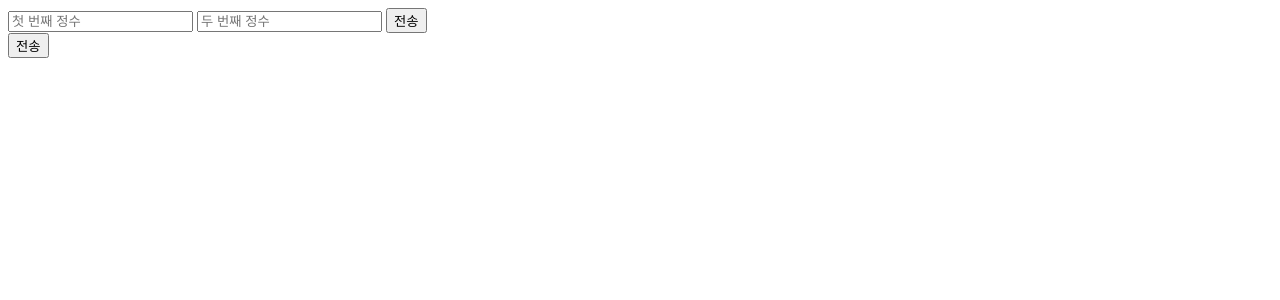
Repository: mingzzang666/study-jsp
Page: http://localhost/a-intro/ex02.jsp
An editor plug-in stored every save of this project. The page is shown before and after the next save, followed by the edit.
The browser window is 1280 px wide. The pictures show the whole page.
The page is served by Tomcat 10.

Above is the page before, as saved 2025-07-28 03:04:22.
Console error: ReferenceError: button is not defined

After the next save:
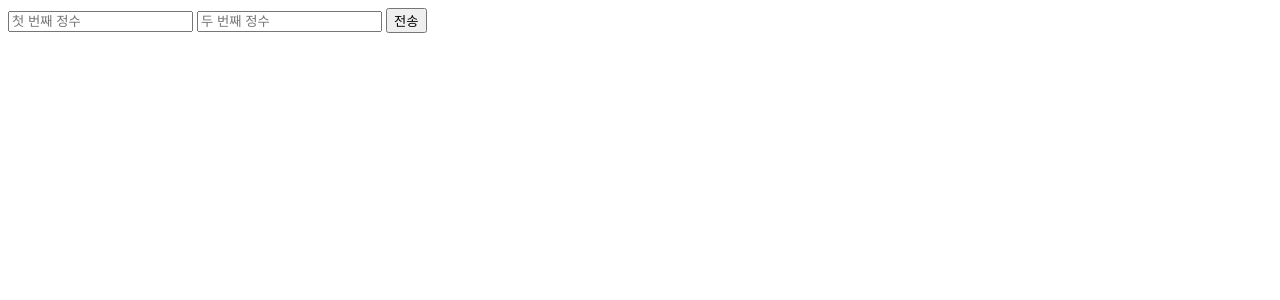
Saved 10 s later.
--- a/workspace/a-intro/src/main/webapp/ex02.jsp
+++ b/workspace/a-intro/src/main/webapp/ex02.jsp
@@ -12,8 +12,6 @@
    <input type="text" name="num2" placeholder="두 번째 정수">
    <input type="button" value="전송">
 </form>
-      <input type="button" value="전송">
-   </form>
 </body>
 <script>
    const input = addForm.number;
